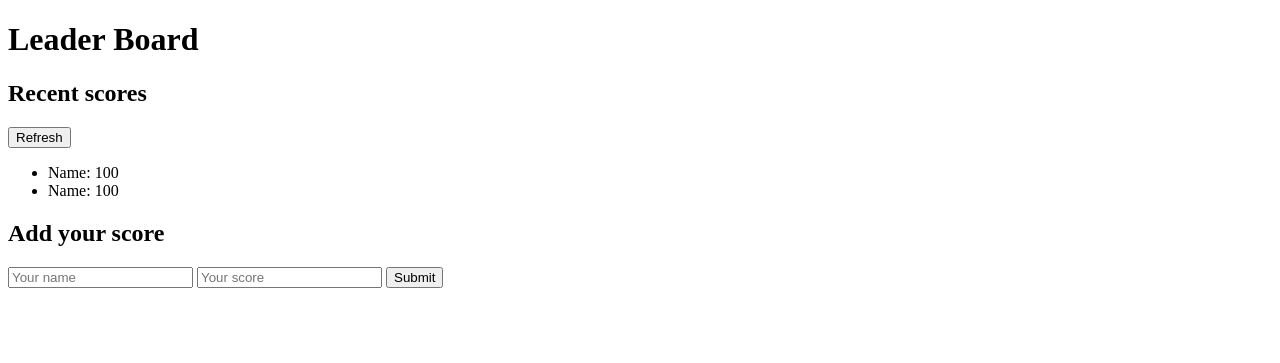
Repository: kennedyowusu/Leaderboard
Page: src/index.html
An editor plug-in stored every save of this project. The page is shown before and after the next save, followed by the edit.
The browser window is 1280 px wide. The pictures show the whole page.

Above is the page before, as saved 2022-12-20 16:17:19.

After the next save:
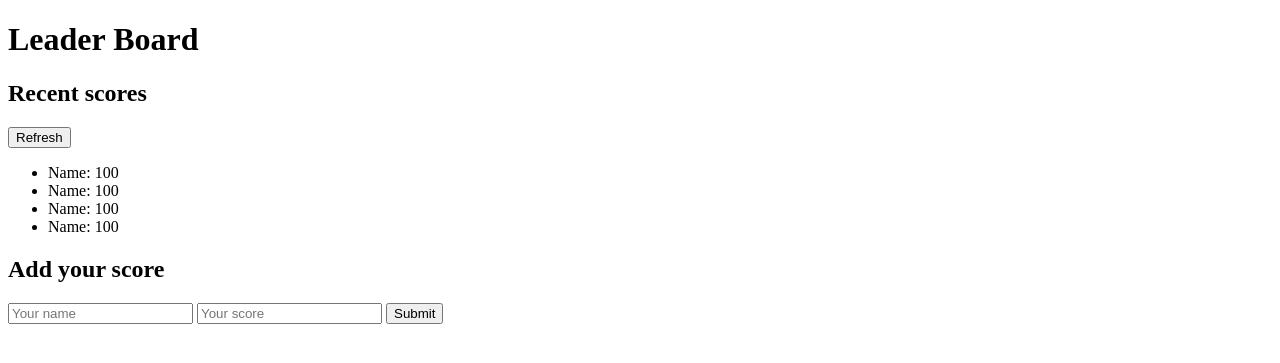
Saved 8 s later.
--- a/src/index.html
+++ b/src/index.html
@@ -32,6 +32,16 @@
            <span class="score">100 </span>
           </li>
 
+           <li class="main-left-list-items">
+            <span class="name">Name: </span>
+            <span class="score">100 </span>
+           </li>
+
+            <li class="main-left-list-items">
+             <span class="name">Name: </span>
+             <span class="score">100 </span>
+            </li>
+
        </ul>
      </section>
 
